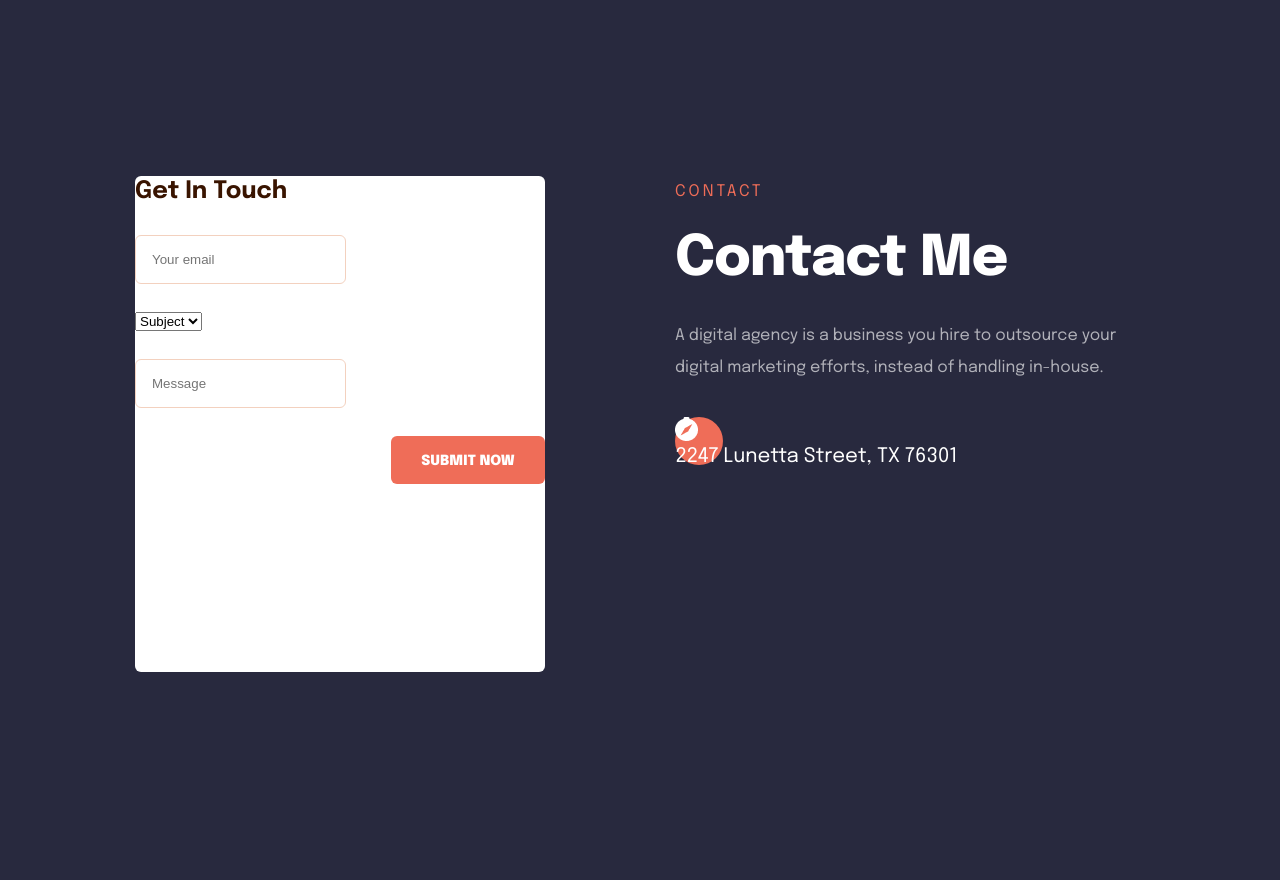
Repository: simralgasimov/contact-me
Page: index.html
An editor plug-in stored every save of this project. The page is shown before and after the next save, followed by the edit.
The browser window is 1280 px wide. The pictures show the whole page.

Above is the page before, as saved 2023-10-04 13:24:34.

### index.html
<!DOCTYPE html>
<html lang="en">
  <head>
    <meta charset="UTF-8" />
    <meta name="viewport" content="width=device-width, initial-scale=1.0" />
    <title>Document</title>
    <link rel="stylesheet" href="./index.css" />
  </head>
  <body>
    <div class="container">
        <form action="">
          <p>Get In Touch</p>
          <label for="">
            <input type="email" placeholder="Your email" />
          </label>

          <label for="subject">
            <select name="" id="subject">
              <option value="subject">Subject</option>
              <option value="subject">Subject</option>
              <option value="subject">Subject</option>
            </select>
          </label>

          <label for="">
            <input type="textarea" name="" id="" placeholder="Message" />
          </label>
          <button><a href="">Submit Now</a></button>
        </form>


      <div class="contact-me">
        <h1>Contact</h1>
        <h2>Contact Me</h2>
        <p>
          A digital agency is a business you hire to outsource your digital
          marketing efforts, instead of handling in-house.
        </p>
        <div class="cirycle">
          <img src="./img/Shape.png" alt="" />
          <p>2247 Lunetta Street, TX 76301</p>
        </div>
      </div>
    </div>
  </body>
</html>

### index.css
@import url("https://fonts.googleapis.com/css2?family=Epilogue:wght@400;700;800;900&display=swap");
* {
  margin: 0;
  padding: 0;
  box-sizing: border-box;
}

.container {
  padding: 176px 135px 208px 135px;
  background: #28293e;
  display: flex;
  /* justify-content: space-between; */
}

.container p {
  margin-bottom: 27px;
  color: var(--Text_Dark, #391400);
  font-feature-settings: "clig" off, "liga" off;

  font-family: Epilogue;
  font-size: 24px;
  font-style: normal;
  font-weight: 700;
  line-height: 32px;
}

.container form {
  width: 570px;
  height: 496px;
  margin-right: 130px;
  border-radius: 6px;
  background: #fff;
}

.container input {
  padding: 16px;
  border-radius: 6px;
  border: 1px solid #f3d1bf;
  background: #fff;
}

.container form label {
  display: block;
  margin-bottom: 28px;
}
.container form form {
  padding: 57px 48px 48px 48px;
}

/* .container  form [type="email"] {
  width: 474px;
  height: 48px;
}

.container  form [id="subject"] {
  width: 474px;
  height: 48px;
}

.container  form [type="textarea"] {
  width: 474px;
  height: 135px;
} */

.container form button {
  width: 154px;
  height: 48px;
  border-radius: 6px;
  background: #ef6d58;
  border: none;
  float: right;
}

.container form button a {
  text-decoration: none;
  color: #fff;
  text-align: center;
  font-family: Epilogue;
  font-size: 14px;
  font-style: normal;
  font-weight: 900;
  line-height: normal;
  text-transform: uppercase;
}

.container .contact-me h1 {
  margin-bottom: 20px;
  width: 86px;
  color: var(--Text_Light_Accent, #ef6d58);
  font-feature-settings: "clig" off, "liga" off;
  font-family: Epilogue;
  font-size: 16px;
  font-style: normal;
  font-weight: 400;
  line-height: 32px;
  letter-spacing: 3px;
  text-transform: uppercase;
}

.container .contact-me h2 {
  margin-bottom: 28px;
  width: 334px;
  color: var(--Text_Light, #fff);
  font-feature-settings: "clig" off, "liga" off;
  font-family: Epilogue;
  font-size: 56px;
  font-style: normal;
  font-weight: 800;
  line-height: 64px;
  letter-spacing: -1px;
}

.container .contact-me p {
  margin-bottom: 33px;
  width: 470px;
  color: var(--Text_Light_Gray, rgba(255, 255, 255, 0.64));
  font-feature-settings: "clig" off, "liga" off;

  font-family: Epilogue;
  font-size: 16px;
  font-style: normal;
  font-weight: 400;
  line-height: 32px;
}

.container .contact-me .cirycle {
  /* position: relative; */
  width: 48px;
  height: 48px;
  background-color: #ef6d58;
  border-radius: 50%;
}

.container .contact-me .cirycle img {
  /* position: absolute; */
  /* margin: 13px; */

  display: flex;
  justify-content: center;
  align-content: center;
}

.container .contact-me .cirycle p {
  display: flex;
  justify-content: center;
  align-items: center;
  align-content: center;
  /* margin-left: 90px; */
  width: 283px;
  color: var(--Text_Light, #fff);
  font-feature-settings: "clig" off, "liga" off;

  font-family: Epilogue;
  font-size: 20px;
  font-style: normal;
  font-weight: 400;
  line-height: 32px;
}

After the next save:
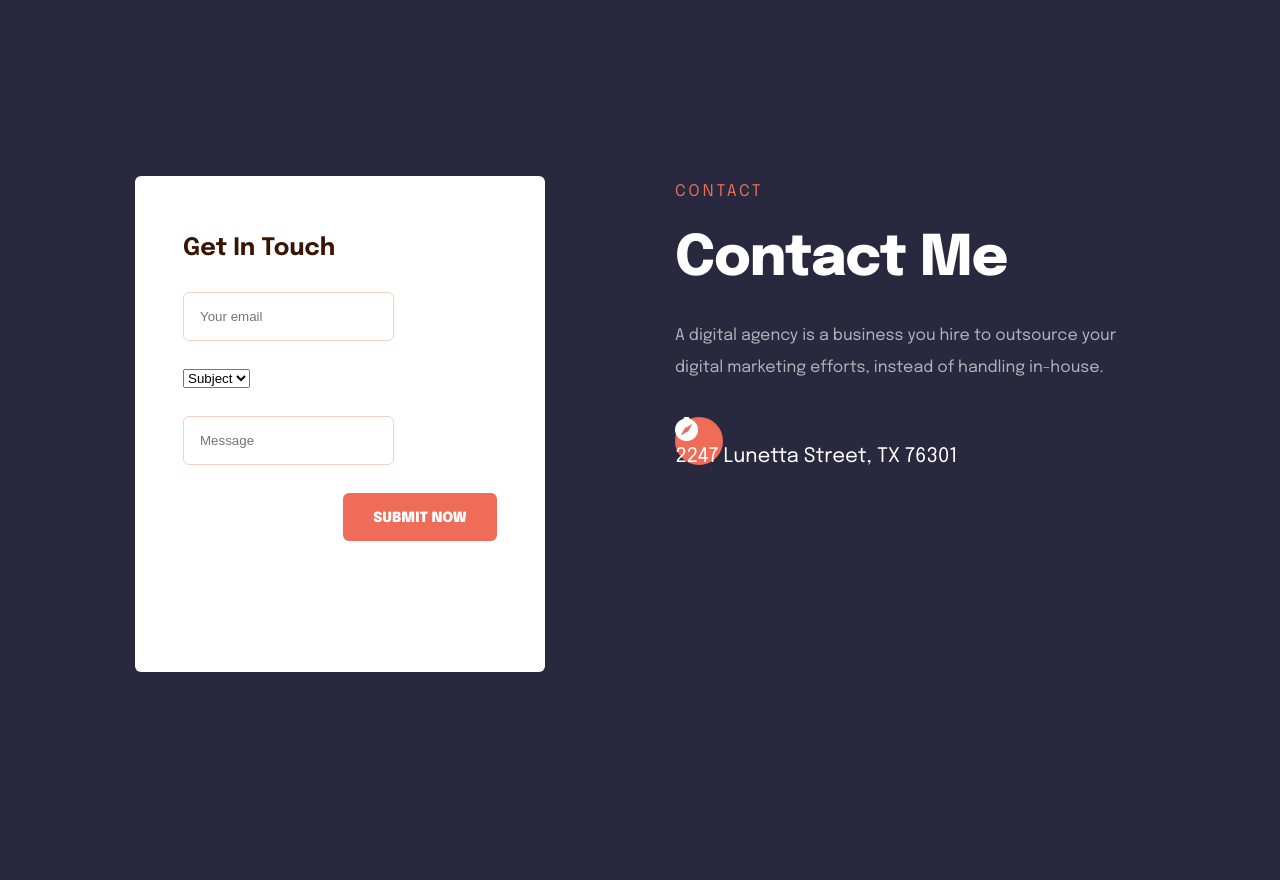
Saved 84 s later.
--- a/index.css
+++ b/index.css
@@ -43,7 +43,7 @@
   display: block;
   margin-bottom: 28px;
 }
-.container form form {
+.container  form {
   padding: 57px 48px 48px 48px;
 }
 
